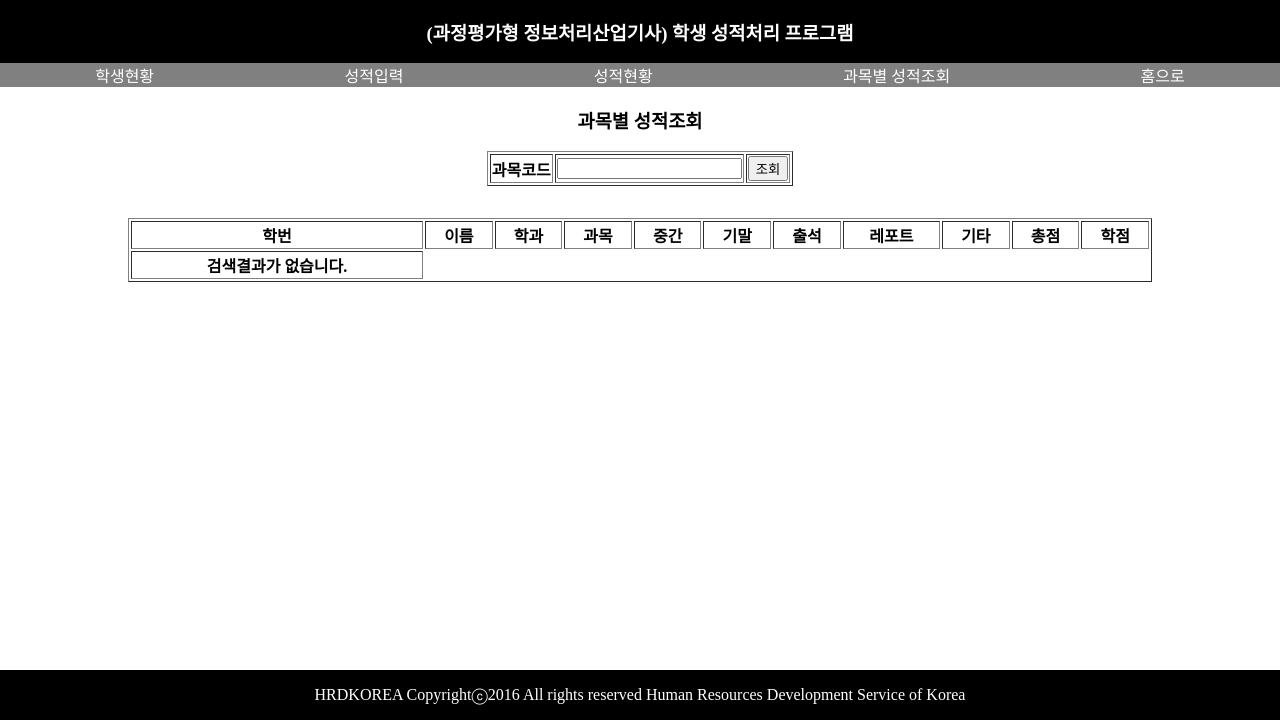
Repository: junjuny0227/jsp
Page: http://localhost/HRD_02/sub4.jsp
The author's editor kept a copy of each file at every save. The page is drawn from the files as they stood at one save, then again after the next save.
The browser window is 1280 px wide. The pictures show the whole page.
The page is served by Tomcat 9. Other server files are loaded and not shown. Queries for data that is not in the repository find no rows.

Above is the page before, as saved 2025-05-09 10:25:00.

### HRD_02/src/main/webapp/sub4.jsp
<%@page import="java.text.DecimalFormat"%>
<%@page import="exam.SubjectDTO"%>
<%@page import="java.util.List"%>
<%@page import="exam.StudentDAO"%>
<%@ page language="java" contentType="text/html; charset=UTF-8"
	pageEncoding="UTF-8"%>
<%
request.setCharacterEncoding("utf-8");
String searchSubcode = request.getParameter("searchSubcode");

StudentDAO dao = new StudentDAO();
List<SubjectDTO> list = dao.selectSub4(searchSubcode);
%>
<!DOCTYPE html>
<html>
  <head>
    <meta charset="UTF-8" />
    <title>sub4</title>
    <script type="text/javascript" src="check.js"></script>
  </head>
  <body
    style="
      margin: 0;
      padding: 0;
      border: 0;
      font-size: 100%;
      font: inherit;
      vertical-align: baseline;
    "
  >
    <jsp:include page="header.jsp"></jsp:include>
    <jsp:include page="nav.jsp"></jsp:include>

    <section style="display: flex; flex-direction: column; align-items: center">
      <h3>과목별 성적조회</h3>
      <form
        action="sub4Action.jsp"
        method="post"
        name="sub4Form"
        style="margin-bottom: 32px"
      >
        <table border="1">
          <tr>
            <th>과목코드</th>
            <td>
              <input type="text" name="searchSubcode" />
            </td>
            <td>
              <input type="button" value="조회" onclick="fnSub4FormCheck()" />
            </td>
          </tr>
        </table>
      </form>
      <table border="1" width="80%">
        <tr>
          <th>학번</th>
          <th>이름</th>
          <th>학과</th>
          <th>과목</th>
          <th>중간</th>
          <th>기말</th>
          <th>출석</th>
          <th>레포트</th>
          <th>기타</th>
          <th>총점</th>
          <th>학점</th>
        </tr>
        <% if (list.size() == 0) { %>
        	<tr>
        		<th colspan="1">검색결과가 없습니다.</th>
        	</tr>
        <% } else { %>
        	<% for (SubjectDTO dto : list) { %>
        <tr align="center">
          <td><%=dto.getStuid()%></td>
          <td><%=dto.getSname()%></td>
          <td><%=dto.getDeptname()%></td>
          <td><%=dto.getSubname()%></td>
          <td><%=dto.getMidscore()%></td>
          <td><%=dto.getFinalscore()%></td>
          <td><%=dto.getAttend()%></td>
          <td><%=dto.getReport()%></td>
          <td><%=dto.getEtc()%></td>

          <%
          	double total = dto.getTotal();
            DecimalFormat df = new DecimalFormat("0.0");
          %>

          <td><%=df.format(total)%></td>
          <td><%=dto.getGrade()%></td>
        </tr>
        <% } %>
        <% } %>
      </table>
    </section>

    <jsp:include page="footer.jsp"></jsp:include>
  </body>
</html>

### HRD_02/src/main/webapp/header.jsp
<%@ page language="java" contentType="text/html; charset=UTF-8"
pageEncoding="UTF-8"%>
<!DOCTYPE html>
<html>
  <head>
    <meta charset="UTF-8" />
    <title>header</title>
  </head>
  <body>
    <header style="background-color: black; width: 100%">
      <h3 style="margin: 0; padding: 18px 0; text-align: center; color: white">
        (과정평가형 정보처리산업기사) 학생 성적처리 프로그램
      </h3>
    </header>
  </body>
</html>

### HRD_02/src/main/webapp/nav.jsp
<%@ page language="java" contentType="text/html; charset=UTF-8"
pageEncoding="UTF-8"%>
<!DOCTYPE html>
<html>
  <head>
    <meta charset="UTF-8" />
    <title>nav</title>
  </head>
  <body>
    <nav
      style="
        background-color: gray;
        display: flex;
        justify-content: space-around;
      "
    >
      <a href="sub1.jsp" style="text-decoration: none; color: white"
        >학생현황</a
      >
      <a href="sub2.jsp" style="text-decoration: none; color: white"
        >성적입력</a
      >
      <a href="sub3.jsp" style="text-decoration: none; color: white"
        >성적현황</a
      >
      <a href="sub4.jsp" style="text-decoration: none; color: white"
        >과목별 성적조회</a
      >
      <a href="index.jsp" style="text-decoration: none; color: white">홈으로</a>
    </nav>
  </body>
</html>

### HRD_02/src/main/webapp/footer.jsp
<%@ page language="java" contentType="text/html; charset=UTF-8"
pageEncoding="UTF-8"%>
<!DOCTYPE html>
<html>
  <head>
    <meta charset="UTF-8" />
    <title>footer</title>
  </head>
  <body>
    <footer
      style="
        background-color: black;
        position: fixed;
        left: 0;
        bottom: 0;
        width: 100%;
      "
    >
      <p style="text-align: center; color: white">
        HRDKOREA Copyrightⓒ2016 All rights reserved Human Resources Development
        Service of Korea
      </p>
    </footer>
  </body>
</html>

### HRD_02/src/main/java/exam/StudentDAO.java
package exam;

import java.sql.Connection;
import java.sql.DriverManager;
import java.sql.PreparedStatement;
import java.sql.ResultSet;
import java.util.ArrayList;
import java.util.List;

public class StudentDAO {
	// 멤버 변수 선언
	private Connection conn; // DB 연결
	private PreparedStatement ps; // SQL 전송
	private ResultSet rs; // select 결과

	// DB 접속
	public Connection getConn() {
		String url = "jdbc:oracle:thin:@127.0.0.1:1521:xe";
		String user = "system";
		String password = "1234";

		try {
			Class.forName("oracle.jdbc.OracleDriver");
			conn = DriverManager.getConnection(url, user, password);
			System.out.println("DB 접속 완료");
		} catch (Exception e) {
			e.printStackTrace();
			System.out.println("getConn() Exception");
		}

		return conn;
	} // getConn()

	// DB 접속 해제
	public void dbClose() {
		try {
			if (rs != null)
				rs.close();
			if (ps != null)
				ps.close();
			if (conn != null)
				conn.close();
			System.out.println("DB 접속 해제");
		} catch (Exception e) {
			e.printStackTrace();
			System.out.println("dbClose() Exception");
		}
	} // dbClose()

	// 전체 학생 목록조회
	public List<StudentDTO> selectSub1() {
		conn = getConn();
		String sql = "select * from tbl_student_202210 order by stuid asc";
		List<StudentDTO> list = new ArrayList<StudentDTO>();

		try {
			ps = conn.prepareStatement(sql);
			rs = ps.executeQuery();

			while (rs.next()) {
				StudentDTO dto = new StudentDTO();
				dto.setStuid(rs.getString(1));
				dto.setSname(rs.getString(2));
				dto.setDeptname(rs.getString(3));

				String jumin = rs.getString(4);
				jumin = jumin.substring(0, 6) + "-" + jumin.substring(6);
				dto.setJumin(jumin);

				String gender = jumin.substring(7, 8);
				if (gender.equals("3"))
					gender = "남자";
				if (gender.equals("4"))
					gender = "여자";
				dto.setGender(gender);

				dto.setPhone(rs.getString(5));
				dto.setEmail(rs.getString(6));

				list.add(dto);
			}
		} catch (Exception e) {
			e.printStackTrace();
			System.out.println("selectSub1() Exception");
		} finally {
			dbClose();
		}

		return list;
	} // selectSub1()

	// 성적현황 조회
	public List<ScoreDTO> selectSub3() {
		conn = getConn();
		String sql = "select student.stuid, student.sname, ";
		sql += "subject.subname, subject.subcode, subject.proname, ";
		sql += "score.midscore, score.finalscore, score.attend, score.report, score.etc ";
		sql += "from tbl_student_202210 student, tbl_subject_202210 subject, tbl_score_202210 score ";
		sql += "where student.stuid = score.stuid and score.subcode = subject.subcode ";
		sql += "order by student.sname asc";
		List<ScoreDTO> list = new ArrayList<ScoreDTO>();

		try {
			ps = conn.prepareStatement(sql);
			rs = ps.executeQuery();

			while (rs.next()) {
				ScoreDTO dto = new ScoreDTO();
				dto.setStuid(rs.getString(1));
				dto.setSname(rs.getString(2));
				dto.setSubname(rs.getString(3));
				dto.setSubcode(rs.getString(4));
				dto.setProname(rs.getString(5));

				int midScore = rs.getInt(6);
				int finalScore = rs.getInt(7);
				int attend = rs.getInt(8);
				int report = rs.getInt(9);
				int etc = rs.getInt(10);

				dto.setMidscore(midScore);
				dto.setFinalscore(finalScore);
				dto.setAttend(attend);
				dto.setReport(report);
				dto.setEtc(etc);

				int avg = (midScore + finalScore + attend + report + etc) / 5;
				dto.setAvg(avg);

				double total = midScore * 0.3 + finalScore * 0.3 + attend * 0.2 + report * 0.1 + etc * 0.1;
				dto.setTotal(total);

				String grade = "";
				if (total >= 95)
					grade = "A+";
				else if (total >= 90)
					grade = "A";
				else if (total >= 85)
					grade = "B+";
				else if (total >= 80)
					grade = "B";
				else if (total >= 75)
					grade = "C+";
				else if (total >= 70)
					grade = "C";
				else if (total >= 65)
					grade = "D+";
				else if (total >= 60)
					grade = "D";
				else
					grade = "F";
				dto.setGrade(grade);

				list.add(dto);
			}
		} catch (Exception e) {
			e.printStackTrace();
			System.out.println("selectSub3() Exception");
		} finally {
			dbClose();
		}

		return list;
	} // selectSub3()

	// 과목별 성적조회
	public List<SubjectDTO> selectSub4(String searchSubcode) {
		conn = getConn();
		String sql = "select student.stuid, student.sname, student.deptname, ";
		sql += "subject.subname, ";
		sql += "score.midscore, score.finalscore, score.attend, score.report, score.etc ";
		sql += "from tbl_student_202210 student, tbl_score_202210 score, tbl_subject_202210 subject ";
		sql += "where student.stuid = score.stuid and score.subcode = subject.subcode and subject.subcode = ? ";
		sql += "order by student.stuid asc";

		List<SubjectDTO> list = new ArrayList<SubjectDTO>();

		try {
			ps = conn.prepareStatement(sql);
			ps.setString(1, searchSubcode);
			rs = ps.executeQuery();

			while (rs.next()) {
				SubjectDTO dto = new SubjectDTO();
				dto.setStuid(rs.getString(1));
				dto.setSname(rs.getString(2));
				dto.setDeptname(rs.getString(3));
				dto.setSubname(rs.getString(4));

				int midScore = rs.getInt(5);
				int finalScore = rs.getInt(6);
				int attend = rs.getInt(7);
				int report = rs.getInt(8);
				int etc = rs.getInt(9);

				dto.setMidscore(midScore);
				dto.setFinalscore(finalScore);
				dto.setAttend(attend);
				dto.setReport(report);
				dto.setEtc(etc);

				double total = midScore * 0.3 + finalScore * 0.3 + attend * 0.2 + report * 0.1 + etc * 0.1;
				dto.setTotal(total);

				String grade = "";
				if (total >= 95)
					grade = "A+";
				else if (total >= 90)
					grade = "A";
				else if (total >= 85)
					grade = "B+";
				else if (total >= 80)
					grade = "B";
				else if (total >= 75)
					grade = "C+";
				else if (total >= 70)
					grade = "C";
				else if (total >= 65)
					grade = "D+";
				else if (total >= 60)
					grade = "D";
				else
					grade = "F";
				dto.setGrade(grade);

				list.add(dto);
			}

		} catch (Exception e) {
			e.printStackTrace();
			System.out.println("selectSub4() Exception");
		} finally {
			dbClose();
		}

		return list;
	} // selectSub4()

} // class

Loaded but not shown: HRD_02/src/main/webapp/check.js (no copy from this time; the picture is the same without it)

After the next save:
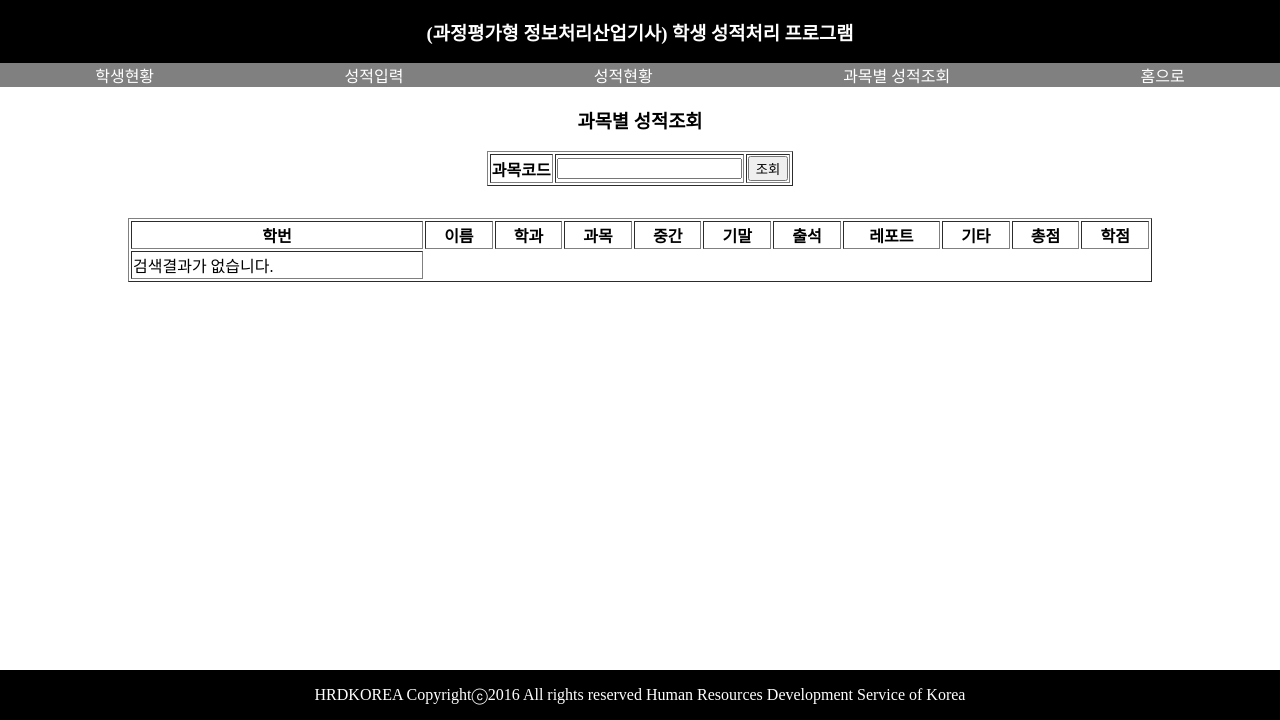
Saved 16 s later.
--- a/HRD_02/src/main/webapp/sub4.jsp
+++ b/HRD_02/src/main/webapp/sub4.jsp
@@ -67,7 +67,7 @@
         </tr>
         <% if (list.size() == 0) { %>
         	<tr>
-        		<th colspan="1">검색결과가 없습니다.</th>
+        		<td colspan="1">검색결과가 없습니다.</td>
         	</tr>
         <% } else { %>
         	<% for (SubjectDTO dto : list) { %>

After the save that followed:
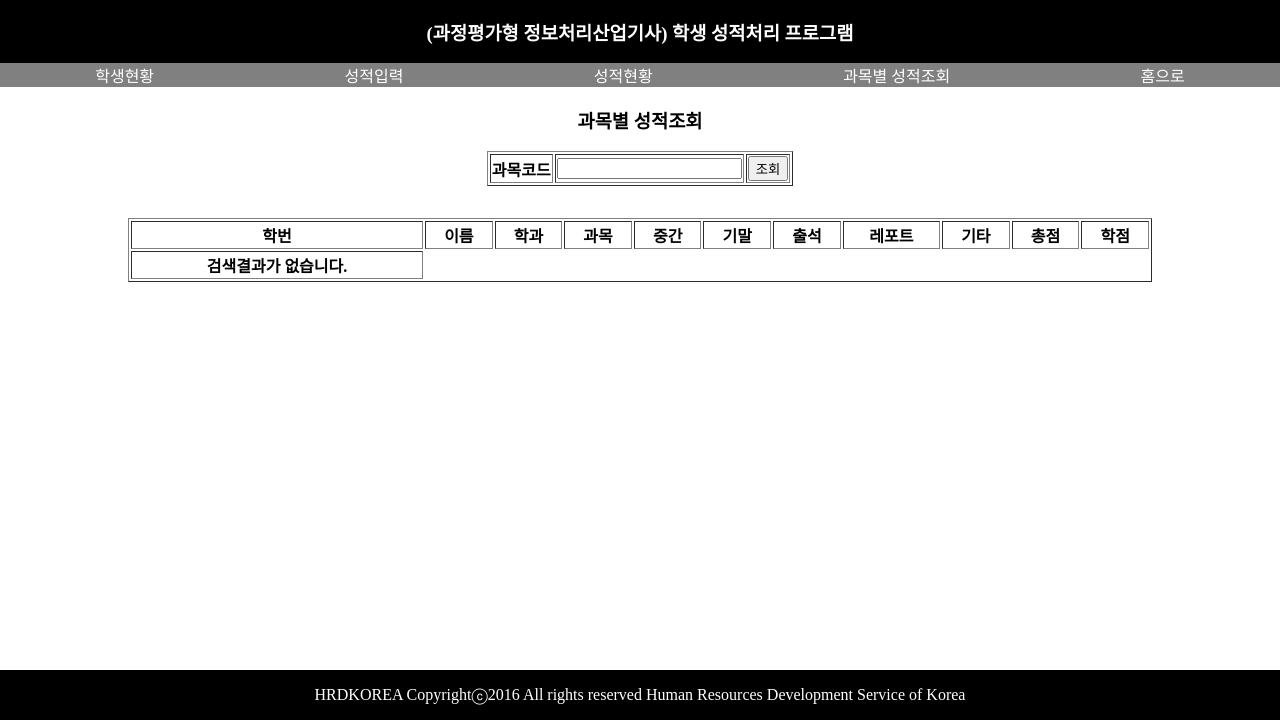
Saved 6 s later.
--- a/HRD_02/src/main/webapp/sub4.jsp
+++ b/HRD_02/src/main/webapp/sub4.jsp
@@ -67,7 +67,7 @@
         </tr>
         <% if (list.size() == 0) { %>
         	<tr>
-        		<td colspan="1">검색결과가 없습니다.</td>
+        		<th colspan="1">검색결과가 없습니다.</th>
         	</tr>
         <% } else { %>
         	<% for (SubjectDTO dto : list) { %>
